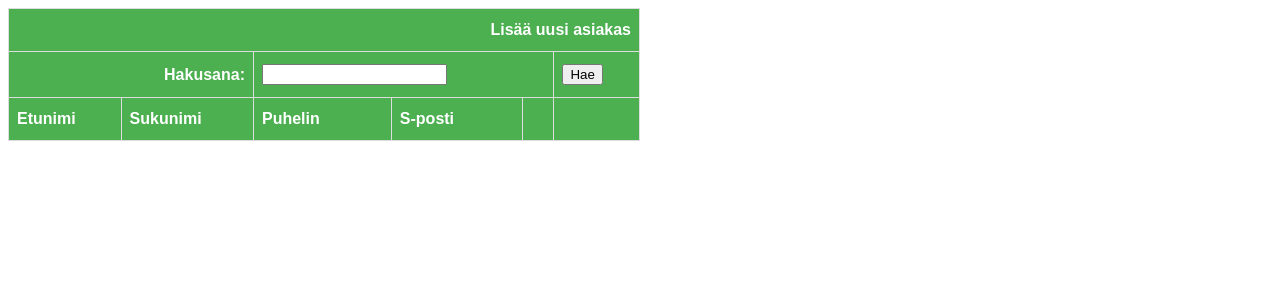
Repository: Lateh13/Asiakkaat
Page: http://localhost/Asiakkaat/listaaasiakkaat.jsp
The author's editor kept a copy of each file at every save. The page is drawn from the files as they stood at one save, then again after the next save.
The browser window is 1280 px wide. The pictures show the whole page.
The page is served by Tomcat 9. Other server files are loaded and not shown. Queries for data that is not in the repository find no rows.

Above is the page before, as saved 2020-05-13 19:19:04.

### Asiakkaat/WebContent/listaaasiakkaat.jsp
<%@ page language="java" contentType="text/html; charset=ISO-8859-1"
    pageEncoding="ISO-8859-1"%>
<!DOCTYPE html>
<html>
<head>
<meta charset="ISO-8859-1">
<script src="https://ajax.googleapis.com/ajax/libs/jquery/3.4.1/jquery.min.js"></script>
<link rel="stylesheet" type="text/css" href="css/main.css">
<title>Asiakkaat</title>
</head>
<body>
<table id="listaus">
	<thead>
		<tr>
			<th colspan="6" class="oikealle"><span id="uusiAsiakas">Lisää uusi asiakas</span></th>
		</tr>
		<tr>
			<th class="oikealle" colspan="2">Hakusana:</th>
			<th colspan="3"><input type="text" name="haku" id="haettava" size="20"></th>
			<th colspan="2"><input type="submit" value="Hae" id="hakunappi"></th>
		</tr>
  		<tr>
	    	<th>Etunimi</th>
	    	<th>Sukunimi</th>
	    	<th>Puhelin</th>
	   		<th>S-posti</th>
	   		<th></th>
	   		<th></th>
	   	</tr>
	</thead>
</table>
<span id="ilmoitus"></span>
<script>
$(document).ready(function() {
	haeAsiakkaat();

	$("#uusiAsiakas").click(function() {
		document.location="lisaaasiakas.jsp";
	});

	$("#hakunappi").click(function() {
		haeAsiakkaat();

	});
	$(document.body).on("keydown", function(event) {
		if(event.which == 13) {
			haeAsiakkaat();
		}
	});
});

function haeAsiakkaat() {
	$("#listaus tbody").empty();
	$.ajax({url:"asiakkaat/"+$("#haettava").val(), type:"GET", dataType:"json", success:function(result) {
		$.each(result.asiakkaat, function(i, field) {
			var htmlStr;
			htmlStr+="<tr id='rivi_"+field.id+"'>";
			htmlStr+="<td>"+field.etunimi+"</td>";
			htmlStr+="<td>"+field.sukunimi+"</td>";
			htmlStr+="<td>"+field.puhelin+"</td>";
			htmlStr+="<td>"+field.sposti+"</td>";
			htmlStr+="<td><a href='muutaasiakas.jsp?asiakas_id="+field.id+"'>Muuta</a>&nbsp;";
			htmlStr+="<td><span class='poista' onclick=poista('"+field.id+"')>Poista</span></td>";
			htmlStr+="</tr>";
			$("#listaus tbody").append(htmlStr);
		});
	}});
}
function poista(id) {
	if (confirm("Poista asiakas, jonka id on " + id +"?")) {
		$.ajax({url:"asiakkaat/"+id, type:"DELETE", dataType:"json", success:function(result) {
			if (result.response == 0) {
				$("#ilmoitus").html("Asiakkaan poisto epäonnistui.");
			} else if (result.response == 1) {
	        	alert("Asiakas " + id +" poisto onnistui.");
				haeAsiakkaat();
			}
		}});
	}
}
</script>
</body>
</html>

### Asiakkaat/WebContent/css/main.css
@charset "ISO-8859-1";
table {
	border-collapse: collapse;
	width: 50%;
	font-family: Arial, Helvetica, sans-serif;
}

table td, table th {
  border: 1px solid #ddd;
  padding: 8px;
}

table tbody tr:nth-child(even){
	background-color: #f2f2f2;
}

table tbody tr:hover {
	background-color: #ddd;
}

table th {
  padding-top: 12px;
  padding-bottom: 12px;
  text-align: left;
  background-color: #4CAF50;
  color: white;
}

.oikealle{
	text-align: right;
}

#uusiAsiakas, #takaisin{
	color: white;
	cursor: pointer;
}

.poista{
	color: red;
	text-decoration: underline;
	cursor: pointer;
}

### Asiakkaat/src/control/Asiakkaat.java
package control;

import java.io.IOException;
import java.io.PrintWriter;
import java.util.ArrayList;
import javax.servlet.ServletException;
import javax.servlet.annotation.WebServlet;
import javax.servlet.http.HttpServlet;
import javax.servlet.http.HttpServletRequest;
import javax.servlet.http.HttpServletResponse;
import model.Asiakas;
import model.dao.Dao;
import org.json.JSONObject;


@WebServlet("/asiakkaat/*")
public class Asiakkaat extends HttpServlet {
	private static final long serialVersionUID = 1L;

    public Asiakkaat() {
        super();
        System.out.println("Asiakkaat.Asiakkaat()");
    }

	protected void doGet(HttpServletRequest request, HttpServletResponse response) throws ServletException, IOException {
		System.out.println("Asiakkaat.doGet()");
		String pathInfo = request.getPathInfo();
		System.out.println("polku: "+pathInfo);
		Dao dao = new Dao();
		ArrayList<Asiakas> asiakkaat;
		String strJSON = "";
		if(pathInfo == null) {
			System.out.println("hei");
			asiakkaat = dao.listaaKaikki();
			strJSON = new JSONObject().put("asiakkaat", asiakkaat).toString();
		} else if (pathInfo.indexOf("haeyksi") != -1) {
			int id = Integer.valueOf(pathInfo.replace("/haeyksi/", ""));
			Asiakas asiakas = dao.etsiAsiakas(id);
			if (asiakas == null) {
				strJSON = "{}";
			} else {
				JSONObject JSON = new JSONObject();
				JSON.put("id", asiakas.getId());
				JSON.put("etunimi", asiakas.getEtunimi());
				JSON.put("sukunimi", asiakas.getSukunimi());
				JSON.put("puhelin", asiakas.getPuhelin());
				JSON.put("sposti", asiakas.getSposti());
				strJSON = JSON.toString();
			}
		} else {
			String hakusana = pathInfo.replace("/", "");
			asiakkaat = dao.listaaKaikki(hakusana);
			strJSON = new JSONObject().put("asiakkaat", asiakkaat).toString();
		}
		response.setContentType("application/json");
		PrintWriter out = response.getWriter();
		out.println(strJSON);
	}

	protected void doPost(HttpServletRequest request, HttpServletResponse response) throws ServletException, IOException {
		System.out.println("Asiakkaat.doPost()");
		JSONObject jsonObj = new JsonStrToObj().convert(request);
		Asiakas asiakas = new Asiakas();
		asiakas.setEtunimi(jsonObj.getString("etunimi"));
		asiakas.setSukunimi(jsonObj.getString("sukunimi"));
		asiakas.setPuhelin(jsonObj.getString("puhelin"));
		asiakas.setSposti(jsonObj.getString("sposti"));
		response.setContentType("application/json");
		PrintWriter out = response.getWriter();
		Dao dao = new Dao();
		if (dao.lisaaAsiakas(asiakas)) {
			out.println("{\"response\":1}");
		} else {
			out.println("{\"response\":0}");
		}
	}

	protected void doPut(HttpServletRequest request, HttpServletResponse response) throws ServletException, IOException {
		System.out.println("Asiakkaat.doPut()");
		JSONObject jsonObj = new JsonStrToObj().convert(request);
		Asiakas asiakas = new Asiakas();
		asiakas.setEtunimi(jsonObj.getString("etunimi"));
		asiakas.setSukunimi(jsonObj.getString("sukunimi"));
		asiakas.setPuhelin(jsonObj.getString("puhelin"));
		asiakas.setSposti(jsonObj.getString("sposti"));
		response.setContentType("application/json");
		PrintWriter out = response.getWriter();
		Dao dao = new Dao();
		if (dao.muutaAsiakas(asiakas)) {
			out.println("{\"response\":1}");
		} else {
			out.println("{\"response\":0}");
		}
	}

	protected void doDelete(HttpServletRequest request, HttpServletResponse response) throws ServletException, IOException {
		System.out.println("Asiakkaat.doDelete()");
		String pathInfo = request.getPathInfo();
		int poistettava = Integer.valueOf(pathInfo.replace("/", ""));
		response.setContentType("application/json");
		PrintWriter out = response.getWriter();
		Dao dao = new Dao();
		if (dao.poistaAsiakas(poistettava)) {
			out.println("{\"response\":1}");
		} else {
			out.println("{\"response\":0}");
		}
	}
}

### Asiakkaat/src/model/dao/Dao.java
package model.dao;

import java.sql.Connection;
import java.sql.DriverManager;
import java.sql.PreparedStatement;
import java.sql.ResultSet;
import java.util.ArrayList;
import model.Asiakas;

public class Dao {
	private Connection connection = null;
	private ResultSet rs = null;
	private PreparedStatement stmtPrep = null;
	private String sql;
	private String db = "Myynti.sqlite";

	private Connection yhdista() {
		Connection connection = null;
		String path = System.getProperty("catalina.base");
		path += "/webapps/";
		String url = "jdbc:sqlite:" + path + db;
		try {
			Class.forName("org.sqlite.JDBC");
			connection = DriverManager.getConnection(url);
			System.out.println("Yhteys avattu.");
		} catch (Exception e) {
			System.out.println("Yhteyden avaaminen epäonnistui.");
			e.printStackTrace();
		}
		return connection;
	}

	public ArrayList<Asiakas> listaaKaikki() {
		ArrayList<Asiakas> asiakkaat = new ArrayList<Asiakas>();
		sql = "SELECT * FROM asiakkaat";
		try {
			connection = yhdista();
			if (connection != null) {
				stmtPrep = connection.prepareStatement(sql);
				rs = stmtPrep.executeQuery();
				if (rs != null) {
					while(rs.next()) {
						Asiakas asiakas = new Asiakas();
						asiakas.setId(rs.getInt(1));
						asiakas.setEtunimi(rs.getString(2));
						asiakas.setSukunimi(rs.getString(3));
						asiakas.setPuhelin(rs.getString(4));
						asiakas.setSposti(rs.getString(5));
						asiakkaat.add(asiakas);
					}
				}
			}
			connection.close();
		} catch (Exception e) {
			e.printStackTrace();
		}
		return asiakkaat;
	}

	public ArrayList<Asiakas> listaaKaikki(String hakusana) {
		ArrayList<Asiakas> asiakkaat = new ArrayList<Asiakas>();
		sql = "SELECT * FROM asiakkaat WHERE etunimi LIKE ? OR sukunimi LIKE ? OR puhelin LIKE ? or sposti LIKE ?";
		try {
			connection = yhdista();
			if (connection != null) {
				stmtPrep = connection.prepareStatement(sql);
				stmtPrep.setString(1, "%" + hakusana +"%");
				stmtPrep.setString(2, "%" + hakusana +"%");
				stmtPrep.setString(3, "%" + hakusana +"%");
				stmtPrep.setString(4, "%" + hakusana +"%");
				rs = stmtPrep.executeQuery();
				if (rs != null) {
					while(rs.next()) {
						Asiakas asiakas = new Asiakas();
						asiakas.setId(rs.getInt(1));
						asiakas.setEtunimi(rs.getString(2));
						asiakas.setSukunimi(rs.getString(3));
						asiakas.setPuhelin(rs.getString(4));
						asiakas.setSposti(rs.getString(5));
						asiakkaat.add(asiakas);
					}
				}
			}
			connection.close();
		} catch (Exception e) {
			e.printStackTrace();
		}
		return asiakkaat;
	}

	public boolean lisaaAsiakas(Asiakas asiakas) {
		boolean paluuArvo = true;
		sql = "INSERT INTO asiakkaat(etunimi,sukunimi,puhelin,sposti) VALUES(?,?,?,?)";
		try {
			connection = yhdista();
			stmtPrep = connection.prepareStatement(sql);
			stmtPrep.setString(1, asiakas.getEtunimi());
			stmtPrep.setString(2, asiakas.getSukunimi());
			stmtPrep.setString(3, asiakas.getPuhelin());
			stmtPrep.setString(4, asiakas.getSposti());
			stmtPrep.executeUpdate();
			connection.close();
		} catch (Exception e) {
			e.printStackTrace();
			paluuArvo = false;
		}
		return paluuArvo;
	}

	public boolean poistaAsiakas(int id) {
		boolean paluuArvo = true;
		sql = "DELETE FROM asiakkaat WHERE asiakas_id=?";
		try {
			connection = yhdista();
			stmtPrep = connection.prepareStatement(sql);
			stmtPrep.setInt(1, id);
			stmtPrep.executeUpdate();
			connection.close();
		} catch (Exception e) {
			e.printStackTrace();
			paluuArvo = false;
		}
		return paluuArvo;
	}

	public Asiakas etsiAsiakas(int id) {
		Asiakas asiakas = null;
		sql = "SELECT * FROM asiakkaat WHERE asiakas_id=?";
		try {
			connection = yhdista();
			if (connection != null) {
				stmtPrep = connection.prepareStatement(sql);
				stmtPrep.setInt(1, id);
				rs = stmtPrep.executeQuery();
				if (rs.isBeforeFirst()) {
					rs.next();
					asiakas = new Asiakas();
					asiakas.setEtunimi(rs.getString(1));
					asiakas.setSukunimi(rs.getString(2));
					asiakas.setPuhelin(rs.getString(3));
					asiakas.setSposti(rs.getString(4));
				}
			}
			connection.close();
		} catch (Exception e) {
			e.printStackTrace();
		}
		return asiakas;
	}

	public boolean muutaAsiakas(Asiakas asiakas) {
		boolean paluuArvo = true;
		sql = "UPDATE asiakkaat SET etunimi=?, sukunimi=?, puhelin=?, sposti=? WHERE asiakas_id=?";
		try {
			connection = yhdista();
			stmtPrep = connection.prepareStatement(sql);
			stmtPrep.setString(1, asiakas.getEtunimi());
			stmtPrep.setString(2, asiakas.getSukunimi());
			stmtPrep.setString(3, asiakas.getPuhelin());
			stmtPrep.setString(4, asiakas.getSposti());
			stmtPrep.setInt(5, asiakas.getId());
			stmtPrep.executeUpdate();
			connection.close();
		} catch (Exception e) {
			e.printStackTrace();
			paluuArvo = false;
		}
		return paluuArvo;
	}
}

After the next save:
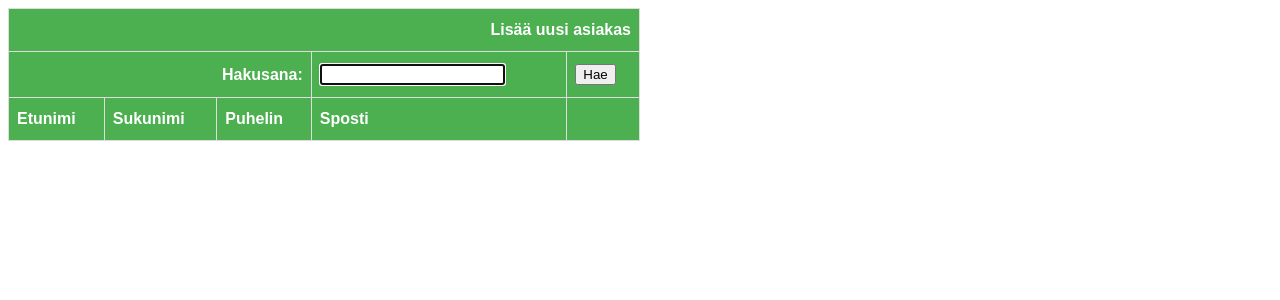
Saved 3 min 52 s later.
--- a/Asiakkaat/WebContent/listaaasiakkaat.jsp
+++ b/Asiakkaat/WebContent/listaaasiakkaat.jsp
@@ -6,76 +6,76 @@
 <meta charset="ISO-8859-1">
 <script src="https://ajax.googleapis.com/ajax/libs/jquery/3.4.1/jquery.min.js"></script>
 <link rel="stylesheet" type="text/css" href="css/main.css">
-<title>Asiakkaat</title>
+<title>Asiakkaiden listaus</title>
 </head>
 <body>
-<table id="listaus">
-	<thead>
-		<tr>
-			<th colspan="6" class="oikealle"><span id="uusiAsiakas">Lisää uusi asiakas</span></th>
-		</tr>
-		<tr>
-			<th class="oikealle" colspan="2">Hakusana:</th>
-			<th colspan="3"><input type="text" name="haku" id="haettava" size="20"></th>
-			<th colspan="2"><input type="submit" value="Hae" id="hakunappi"></th>
-		</tr>
-  		<tr>
-	    	<th>Etunimi</th>
-	    	<th>Sukunimi</th>
-	    	<th>Puhelin</th>
-	   		<th>S-posti</th>
-	   		<th></th>
-	   		<th></th>
-	   	</tr>
-	</thead>
-</table>
-<span id="ilmoitus"></span>
+	<table id="listaus">
+		<thead>
+			<tr>
+				<th colspan="5" class="oikealle"><span id="uusiAsiakas">Lisää uusi asiakas</span></th>
+			</tr>
+			<tr>
+				<th colspan="3" class="oikealle">Hakusana:</th>
+				<th><input type="text" id="hakusana"></th>
+				<th><input type="button" id="hae" value="Hae"></th>
+			</tr>
+			<tr>
+				<th>Etunimi</th>
+				<th>Sukunimi</th>
+				<th>Puhelin</th>
+				<th>Sposti</th>
+				<th>&nbsp;</th>
+			</tr>
+		</thead>
+		<tbody>
+		</tbody>
+	</table>
 <script>
-$(document).ready(function() {
-	haeAsiakkaat();
+$(document).ready(function(){
 
-	$("#uusiAsiakas").click(function() {
+	$("#uusiAsiakas").click(function(){
 		document.location="lisaaasiakas.jsp";
 	});
 
-	$("#hakunappi").click(function() {
-		haeAsiakkaat();
-
+	$(document.body).on("keydown", function(event){
+		  if(event.which==13){ //Enteriä painettu, ajetaan haku
+			  haeTiedot();
+		  }
 	});
-	$(document.body).on("keydown", function(event) {
-		if(event.which == 13) {
-			haeAsiakkaat();
-		}
+	$("#hae").click(function(){
+		haeTiedot();
 	});
+	$("#hakusana").focus();//viedään kursori hakusana-kenttään sivun latauksen yhteydessä
+	haeTiedot();
 });
-
-function haeAsiakkaat() {
+function haeTiedot(){
 	$("#listaus tbody").empty();
-	$.ajax({url:"asiakkaat/"+$("#haettava").val(), type:"GET", dataType:"json", success:function(result) {
-		$.each(result.asiakkaat, function(i, field) {
-			var htmlStr;
-			htmlStr+="<tr id='rivi_"+field.id+"'>";
-			htmlStr+="<td>"+field.etunimi+"</td>";
-			htmlStr+="<td>"+field.sukunimi+"</td>";
-			htmlStr+="<td>"+field.puhelin+"</td>";
-			htmlStr+="<td>"+field.sposti+"</td>";
-			htmlStr+="<td><a href='muutaasiakas.jsp?asiakas_id="+field.id+"'>Muuta</a>&nbsp;";
-			htmlStr+="<td><span class='poista' onclick=poista('"+field.id+"')>Poista</span></td>";
-			htmlStr+="</tr>";
-			$("#listaus tbody").append(htmlStr);
-		});
-	}});
+	$.getJSON({url:"asiakkaat/"+$("#hakusana").val(), type:"GET", dataType:"json", success:function(result){
+		$.each(result.asiakkaat, function(i, field){
+        	var htmlStr;
+        	htmlStr+="<tr id='rivi_"+field.asiakas_id+"'>";
+        	htmlStr+="<td>"+field.etunimi+"</td>";
+        	htmlStr+="<td>"+field.sukunimi+"</td>";
+        	htmlStr+="<td>"+field.puhelin+"</td>";
+        	htmlStr+="<td>"+field.sposti+"</td>";
+        	htmlStr+="<td><a href='muutaasiakas.jsp?asiakas_id="+field.asiakas_id+"'>Muuta</a>&nbsp;";
+        	htmlStr+="<span class='poista' onclick=poista("+field.asiakas_id+",'"+field.etunimi+"','"+field.sukunimi+"')>Poista</span></td>";
+        	htmlStr+="</tr>";
+        	$("#listaus tbody").append(htmlStr);
+        });
+    }});
 }
-function poista(id) {
-	if (confirm("Poista asiakas, jonka id on " + id +"?")) {
-		$.ajax({url:"asiakkaat/"+id, type:"DELETE", dataType:"json", success:function(result) {
-			if (result.response == 0) {
-				$("#ilmoitus").html("Asiakkaan poisto epäonnistui.");
-			} else if (result.response == 1) {
-	        	alert("Asiakas " + id +" poisto onnistui.");
-				haeAsiakkaat();
+function poista(asiakas_id, etunimi, sukunimi){
+	if(confirm("Poista asiakas " + etunimi +" "+ sukunimi +"?")){
+		$.ajax({url:"asiakkaat/"+asiakas_id, type:"DELETE", dataType:"json", success:function(result) { //result on joko {"response:1"} tai {"response:0"}
+	        if(result.response==0){
+	        	$("#ilmo").html("Asiakkaan poisto epäonnistui.");
+	        }else if(result.response==1){
+	        	$("#rivi_"+asiakas_id).css("background-color", "red"); //Värjätään poistetun asiakkaan rivi
+	        	alert("Asiakkaan " + etunimi +" "+ sukunimi +" poisto onnistui.");
+				haeTiedot();
 			}
-		}});
+	    }});
 	}
 }
 </script>

After the save that followed:
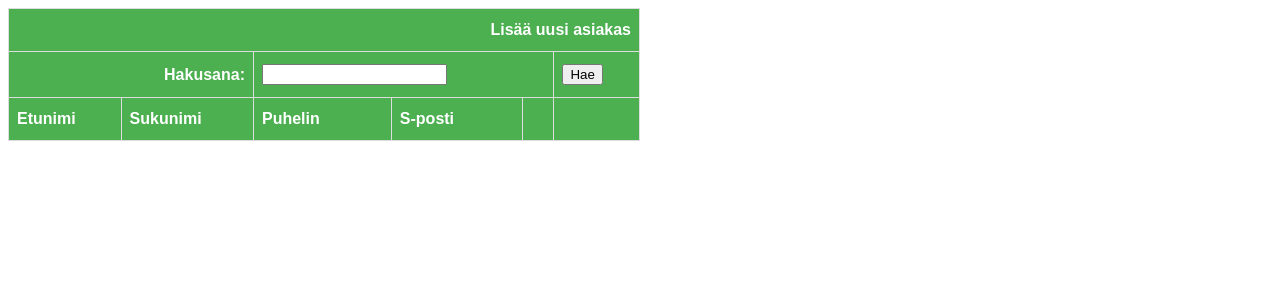
Saved 106 s later.
--- a/Asiakkaat/WebContent/listaaasiakkaat.jsp
+++ b/Asiakkaat/WebContent/listaaasiakkaat.jsp
@@ -6,76 +6,76 @@
 <meta charset="ISO-8859-1">
 <script src="https://ajax.googleapis.com/ajax/libs/jquery/3.4.1/jquery.min.js"></script>
 <link rel="stylesheet" type="text/css" href="css/main.css">
-<title>Asiakkaiden listaus</title>
+<title>Asiakkaat</title>
 </head>
 <body>
-	<table id="listaus">
-		<thead>
-			<tr>
-				<th colspan="5" class="oikealle"><span id="uusiAsiakas">Lisää uusi asiakas</span></th>
-			</tr>
-			<tr>
-				<th colspan="3" class="oikealle">Hakusana:</th>
-				<th><input type="text" id="hakusana"></th>
-				<th><input type="button" id="hae" value="Hae"></th>
-			</tr>
-			<tr>
-				<th>Etunimi</th>
-				<th>Sukunimi</th>
-				<th>Puhelin</th>
-				<th>Sposti</th>
-				<th>&nbsp;</th>
-			</tr>
-		</thead>
-		<tbody>
-		</tbody>
-	</table>
+<table id="listaus">
+	<thead>
+		<tr>
+			<th colspan="6" class="oikealle"><span id="uusiAsiakas">Lisää uusi asiakas</span></th>
+		</tr>
+		<tr>
+			<th class="oikealle" colspan="2">Hakusana:</th>
+			<th colspan="3"><input type="text" name="haku" id="haettava" size="20"></th>
+			<th colspan="2"><input type="submit" value="Hae" id="hakunappi"></th>
+		</tr>
+  		<tr>
+	    	<th>Etunimi</th>
+	    	<th>Sukunimi</th>
+	    	<th>Puhelin</th>
+	   		<th>S-posti</th>
+	   		<th></th>
+	   		<th></th>
+	   	</tr>
+	</thead>
+</table>
+<span id="ilmoitus"></span>
 <script>
-$(document).ready(function(){
+$(document).ready(function() {
+	haeAsiakkaat();
 
-	$("#uusiAsiakas").click(function(){
+	$("#uusiAsiakas").click(function() {
 		document.location="lisaaasiakas.jsp";
 	});
 
-	$(document.body).on("keydown", function(event){
-		  if(event.which==13){ //Enteriä painettu, ajetaan haku
-			  haeTiedot();
-		  }
+	$("#hakunappi").click(function() {
+		haeAsiakkaat();
+
 	});
-	$("#hae").click(function(){
-		haeTiedot();
+	$(document.body).on("keydown", function(event) {
+		if(event.which == 13) {
+			haeAsiakkaat();
+		}
 	});
-	$("#hakusana").focus();//viedään kursori hakusana-kenttään sivun latauksen yhteydessä
-	haeTiedot();
 });
-function haeTiedot(){
+
+function haeAsiakkaat() {
 	$("#listaus tbody").empty();
-	$.getJSON({url:"asiakkaat/"+$("#hakusana").val(), type:"GET", dataType:"json", success:function(result){
-		$.each(result.asiakkaat, function(i, field){
-        	var htmlStr;
-        	htmlStr+="<tr id='rivi_"+field.asiakas_id+"'>";
-        	htmlStr+="<td>"+field.etunimi+"</td>";
-        	htmlStr+="<td>"+field.sukunimi+"</td>";
-        	htmlStr+="<td>"+field.puhelin+"</td>";
-        	htmlStr+="<td>"+field.sposti+"</td>";
-        	htmlStr+="<td><a href='muutaasiakas.jsp?asiakas_id="+field.asiakas_id+"'>Muuta</a>&nbsp;";
-        	htmlStr+="<span class='poista' onclick=poista("+field.asiakas_id+",'"+field.etunimi+"','"+field.sukunimi+"')>Poista</span></td>";
-        	htmlStr+="</tr>";
-        	$("#listaus tbody").append(htmlStr);
-        });
-    }});
+	$.ajax({url:"asiakkaat/"+$("#haettava").val(), type:"GET", dataType:"json", success:function(result) {
+		$.each(result.asiakkaat, function(i, field) {
+			var htmlStr;
+			htmlStr+="<tr id='rivi_"+field.asiakas_id+"'>";
+			htmlStr+="<td>"+field.etunimi+"</td>";
+			htmlStr+="<td>"+field.sukunimi+"</td>";
+			htmlStr+="<td>"+field.puhelin+"</td>";
+			htmlStr+="<td>"+field.sposti+"</td>";
+			htmlStr+="<td><a href='muutaasiakas.jsp?asiakas_id="+field.asiakas_id+"'>Muuta</a>&nbsp;";
+			htmlStr+="<td><span class='poista' onclick=poista('"+field.asiakas_id+"')>Poista</span></td>";
+			htmlStr+="</tr>";
+			$("#listaus tbody").append(htmlStr);
+		});
+	}});
 }
-function poista(asiakas_id, etunimi, sukunimi){
-	if(confirm("Poista asiakas " + etunimi +" "+ sukunimi +"?")){
-		$.ajax({url:"asiakkaat/"+asiakas_id, type:"DELETE", dataType:"json", success:function(result) { //result on joko {"response:1"} tai {"response:0"}
-	        if(result.response==0){
-	        	$("#ilmo").html("Asiakkaan poisto epäonnistui.");
-	        }else if(result.response==1){
-	        	$("#rivi_"+asiakas_id).css("background-color", "red"); //Värjätään poistetun asiakkaan rivi
-	        	alert("Asiakkaan " + etunimi +" "+ sukunimi +" poisto onnistui.");
-				haeTiedot();
+function poista(id) {
+	if (confirm("Poista asiakas, jonka id on " + id +"?")) {
+		$.ajax({url:"asiakkaat/"+id, type:"DELETE", dataType:"json", success:function(result) {
+			if (result.response == 0) {
+				$("#ilmoitus").html("Asiakkaan poisto epäonnistui.");
+			} else if (result.response == 1) {
+	        	alert("Asiakas " + id +" poisto onnistui.");
+				haeAsiakkaat();
 			}
-	    }});
+		}});
 	}
 }
 </script>
